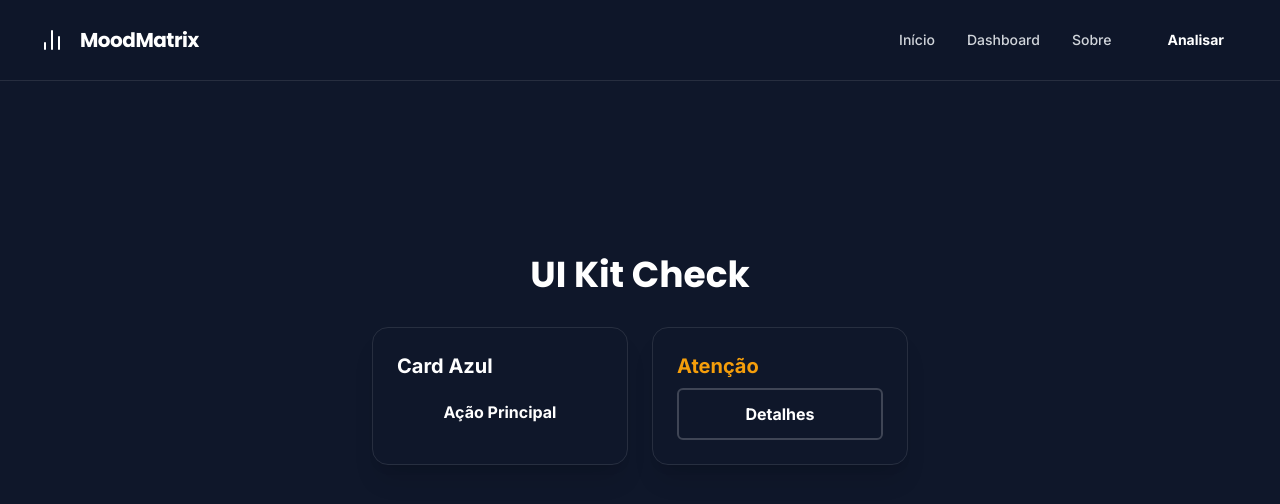
Repository: Hackaton-ONE/hackathon-Frontend
Page: /
The author's editor kept a copy of each file at every save. The page is drawn from the files as they stood at one save, then again after the next save.
The browser window is 1280 px wide. The pictures show the whole page.
The project was rebuilt for these pictures with package versions that can differ from the ones it lists, and the page was loaded fresh each time. The framework's server and built-in components were replaced by stand-ins that run in the browser. Also part of the build but not shown: next.config.ts.

Above is the page before, as saved 2026-01-01 14:42:09.

### app/layout.tsx
import type { Metadata } from "next";
import { Inter, Poppins } from "next/font/google"; // 1. Importar Poppins
import "./globals.css";
import { Navbar } from "@/components/Navbar";

// 2. Configurar Inter
const inter = Inter({
  subsets: ["latin"],
  variable: "--font-inter",
});

// 3. Configurar Poppins (Pesos comuns: 400, 600, 700)
const poppins = Poppins({
  weight: ['400', '600', '700'],
  subsets: ["latin"],
  variable: "--font-poppins",
});

export const metadata: Metadata = {
  title: "MoodMatrix",
  description: "Análise de sentimentos com IA",
};

export default function RootLayout({
  children,
}: Readonly<{

  children: React.ReactNode;
}>) {
  return (
    <html lang="pt-br">
      {/* 4. Adicionar ambas as variáveis no body */}
      <body className={`${inter.variable} ${poppins.variable} bg-mood-dark text-white font-sans antialiased`}>
        <Navbar />
        {children}
      </body>
    </html>
  );
}

### app/page.tsx
import { Button } from "@/components/Button";
import { GlassCard } from "@/components/GlassCard";

export default function Home() {
  return (
    <main className="flex min-h-screen flex-col items-center justify-center p-10 gap-8 bg-mood-dark">

      <h1 className="text-4xl font-poppins font-bold text-white bg-clip-text bg-gradient-to-r from-blue-DEFAULT to-neon-green">
        UI Kit Check
      </h1>

      <div className="grid grid-cols-1 md:grid-cols-2 gap-6">
        {/* Teste Card Azul */}
        <GlassCard gradient="blue" className="p-6 w-64 border-blue-DEFAULT/30">
          <h2 className="text-xl font-bold mb-2">Card Azul</h2>
          <Button variant="primary" className="w-full">Ação Principal</Button>
        </GlassCard>

        {/* Teste Card Laranja (Aviso) */}
        <GlassCard gradient="orange" className="p-6 w-64 border-neon-orange/30">
          <h2 className="text-xl font-bold mb-2 text-neon-orange">Atenção</h2>
          <Button variant="outline" className="w-full">Detalhes</Button>
        </GlassCard>
      </div>

    </main>
  );
}

### app/globals.css
@tailwind base;
@tailwind components;
@tailwind utilities;

/* Define o fundo padrão do site inteiro e a cor do texto */
body {
  background-color: #0F172A; /* mood.dark */
  color: #ffffff;
  min-height: 100vh;
}

/* Utilitário para o efeito de Vidro (Glassmorphism) */
.glass {
  background: rgba(30, 41, 59, 0.4); /* mood.gray com transparência */
  backdrop-filter: blur(12px);
  -webkit-backdrop-filter: blur(12px);
  border: 1px solid rgba(255, 255, 255, 0.1);
}

### components/Navbar.tsx
"use client"; // Importante porque tem interatividade (abrir/fechar menu)

import Link from "next/link";
import { useState } from "react";
import { Menu, X, BarChart2 } from "lucide-react"; // Ícones
import { Button } from "./Button";

export function Navbar() {
  const [isOpen, setIsOpen] = useState(false);

  return (
    <nav className="fixed top-0 w-full z-50 border-b border-white/10 bg-mood-dark/70 backdrop-blur-md">
      <div className="max-w-7xl mx-auto px-4 sm:px-6 lg:px-8">
        <div className="flex items-center justify-between h-20">

          {/* LOGO */}
          <Link href="/" className="flex items-center gap-2 group">
            <div className="p-2 bg-blue-DEFAULT/20 rounded-lg group-hover:bg-blue-DEFAULT/30 transition">
              <BarChart2 className="text-neon-blue w-6 h-6" />
            </div>
            <span className="font-poppins font-bold text-xl tracking-tight text-white">
              Mood<span className="text-neon-blue">Matrix</span>
            </span>
          </Link>

          {/* LINKS (Desktop) */}
          <div className="hidden md:flex items-center gap-8">
            <Link href="/" className="text-gray-300 hover:text-white transition text-sm font-medium">Início</Link>
            <Link href="/dashboard" className="text-gray-300 hover:text-white transition text-sm font-medium">Dashboard</Link>
            <Link href="#sobre" className="text-gray-300 hover:text-white transition text-sm font-medium">Sobre</Link>

            <Link href="/analisar">
              <Button variant="primary" className="px-6 py-2 text-sm">
                Analisar
              </Button>
            </Link>
          </div>

          {/* BOTÃO MOBILE (Hambúrguer) */}
          <div className="md:hidden">
            <button
              onClick={() => setIsOpen(!isOpen)}
              className="text-gray-300 hover:text-white p-2"
            >
              {isOpen ? <X /> : <Menu />}
            </button>
          </div>
        </div>
      </div>

      {/* MENU MOBILE (Expandido) */}
      {isOpen && (
        <div className="md:hidden bg-mood-dark border-b border-white/10 absolute w-full">
          <div className="px-4 pt-2 pb-6 space-y-2 flex flex-col">
            <Link href="/" onClick={() => setIsOpen(false)} className="block px-3 py-2 text-base font-medium text-gray-300 hover:bg-white/5 rounded-md">Início</Link>
            <Link href="/dashboard" onClick={() => setIsOpen(false)} className="block px-3 py-2 text-base font-medium text-gray-300 hover:bg-white/5 rounded-md">Dashboard</Link>
            <Link href="/analisar" onClick={() => setIsOpen(false)} className="mt-4">
              <Button variant="primary" className="w-full justify-center">Começar Análise</Button>
            </Link>
          </div>
        </div>
      )}
    </nav>
  );
}

### components/Button.tsx
import React from "react";

interface ButtonProps extends React.ButtonHTMLAttributes<HTMLButtonElement> {
  variant?: "primary" | "outline" | "ghost";
  children: React.ReactNode;
}

export function Button({ variant = "primary", className = "", children, ...props }: ButtonProps) {

  const baseStyles = "px-6 py-3 rounded-md font-bold transition-all duration-200 flex items-center justify-center gap-2 active:scale-[0.98]";

  const variants = {
    primary: "text-white active:translate-y-1",

    // Outline (Borda simples)
    outline: "bg-transparent border-2 border-white/20 text-white hover:bg-white/5 hover:border-white/40",

    // Ghost (Transparente)
    ghost:   "bg-transparent text-gray-400 hover:text-white hover:bg-white/5",
  };

  return (
    <button
      className={`${baseStyles} ${variants[variant]} ${className}`}
      {...props}
    >
      {children}
    </button>
  );
}

### components/GlassCard.tsx
import React from "react";

interface GlassCardProps {
  children: React.ReactNode;
  className?: string;
  gradient?: "blue" | "green" | "red" | "orange" | "none";
}

export function GlassCard({ children, className = "", gradient = "none" }: GlassCardProps) {

  const gradientBg = {
    none: "bg-white/5", // Base neutra mais sutil
    blue: "bg-card-blue",
    green: "bg-card-green",
    red: "bg-card-red",
    orange: "bg-card-orange",
  };

  return (
    <div className={`relative overflow-hidden rounded-2xl border border-white/10 shadow-xl ${className}`}>
      {/* CAMADA DO VIDRO (Fundo + Blur)
        Fica posicionada absolutamente atrás do conteúdo.
      */}
      <div
        className={`
          absolute inset-0
          backdrop-blur-xl
          ${gradientBg[gradient]}
          -z-10 /* Garante que fique atrás do conteúdo */
        `}
        aria-hidden="true"
      />

      {/* CONTEÚDO (Texto, Botões)
        Fica na frente, sem nenhum blur aplicado diretamente nele.
      */}
      <div className="relative z-10 h-full">
        {children}
      </div>
    </div>
  );
}

### tailwind.config.ts
/** @type {import('tailwindcss').Config} */
const config = {
  // Configuração de onde o Tailwind procura as classes
  content: [
    "./app/**/*.{js,ts,jsx,tsx,mdx}",
    "./pages/**/*.{js,ts,jsx,tsx,mdx}",
    "./components/**/*.{js,ts,jsx,tsx,mdx}",
    "./src/app/**/*.{js,ts,jsx,tsx,mdx}",
    "./src/pages/**/*.{js,ts,jsx,tsx,mdx}",
    "./src/components/**/*.{js,ts,jsx,tsx,mdx}",
  ],
  theme: {
    extend: {
      colors: {
        white: "#FFFFFF",
        mood: {
          dark: "#0F172A", // Fundo Azul Escuro
          nav: "#FFFFFF",  // Base para Navbar
        },
        blue: {
          light: "#60A5FA",   // Azul Claro
          default: "#2563EB", // Azul Padrão
          dark: "#1E3A8A",    // Azul Escuro
        },
        neon: {
          green: "#10B981",
          red: "#B91C1C",
          orange: "#F59E0B",
        },
      },
      fontFamily: {
        sans: ['var(--font-inter)', 'sans-serif'],
        poppins: ['var(--font-poppins)', 'sans-serif'],
      },
      backgroundImage: {
        // Gradientes de Seta e Barra de Progresso
        'gradient-pos': 'linear-gradient(to right, #2563EB, #10B981)',
        'gradient-neg': 'linear-gradient(to right, #B91C1C, #F59E0B)',

        // Gradientes Sutis para os Cards (Glassmorphism)
        'card-blue': 'linear-gradient(180deg, rgba(255, 255, 255, 0) 0%, rgba(96, 165, 250, 0.05) 100%)',
        'card-green': 'linear-gradient(180deg, rgba(255, 255, 255, 0) 0%, rgba(16, 185, 129, 0.05) 100%)',
        'card-red': 'linear-gradient(180deg, rgba(255, 255, 255, 0) 0%, rgba(185, 28, 28, 0.05) 100%)',
        'card-orange': 'linear-gradient(180deg, rgba(255, 255, 255, 0) 0%, rgba(245, 158, 11, 0.05) 100%)', // NOVO
      }
    },
  },
  plugins: [],
};

export default config;

After the next save:
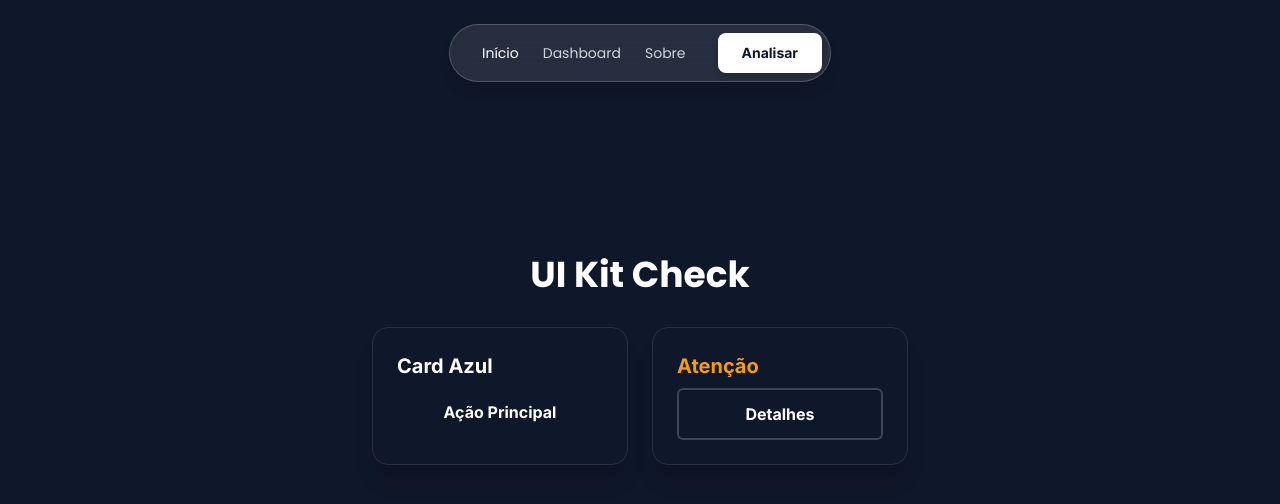
Saved 2 min 9 s later.
--- a/components/Navbar.tsx
+++ b/components/Navbar.tsx
@@ -1,65 +1,64 @@
-"use client"; // Importante porque tem interatividade (abrir/fechar menu)
+"use client";
 
 import Link from "next/link";
-import { useState } from "react";
-import { Menu, X, BarChart2 } from "lucide-react"; // Ícones
-import { Button } from "./Button";
+import { usePathname } from "next/navigation";
 
 export function Navbar() {
-  const [isOpen, setIsOpen] = useState(false);
+  const pathname = usePathname(); // Útil se quiser destacar o link ativo depois
 
   return (
-    <nav className="fixed top-0 w-full z-50 border-b border-white/10 bg-mood-dark/70 backdrop-blur-md">
-      <div className="max-w-7xl mx-auto px-4 sm:px-6 lg:px-8">
-        <div className="flex items-center justify-between h-20">
+    // Container que centraliza a navbar no topo da tela
+    <nav className="fixed top-6 left-1/2 -translate-x-1/2 z-50 w-max">
 
-          {/* LOGO */}
-          <Link href="/" className="flex items-center gap-2 group">
-            <div className="p-2 bg-blue-DEFAULT/20 rounded-lg group-hover:bg-blue-DEFAULT/30 transition">
-              <BarChart2 className="text-neon-blue w-6 h-6" />
-            </div>
-            <span className="font-poppins font-bold text-xl tracking-tight text-white">
-              Mood<span className="text-neon-blue">Matrix</span>
-            </span>
+      {/* A "Pílula" (Floating Navbar) */}
+      <div className="
+        flex items-center gap-8
+        pl-8 pr-2 py-2        /* Espaçamento interno (padding) */
+        rounded-full          /* Formato de pílula */
+        bg-white/10           /* Cor do fundo (10% branco) */
+        backdrop-blur-md      /* Efeito de vidro */
+        border border-white/20 /* Borda sutil (20% branco) */
+        shadow-lg shadow-black/10
+      ">
+
+        {/* Links de Navegação */}
+        <div className="flex items-center gap-6 font-poppins font-medium text-sm">
+          <Link
+            href="/"
+            className="text-white hover:text-blue-light transition-colors"
+          >
+            Início
           </Link>
+          <Link
+            href="/dashboard"
+            className="text-gray-300 hover:text-white transition-colors"
+          >
+            Dashboard
+          </Link>
+          <Link
+            href="#sobre"
+            className="text-gray-300 hover:text-white transition-colors"
+          >
+            Sobre
+          </Link>
+        </div>
 
-          {/* LINKS (Desktop) */}
-          <div className="hidden md:flex items-center gap-8">
-            <Link href="/" className="text-gray-300 hover:text-white transition text-sm font-medium">Início</Link>
-            <Link href="/dashboard" className="text-gray-300 hover:text-white transition text-sm font-medium">Dashboard</Link>
-            <Link href="#sobre" className="text-gray-300 hover:text-white transition text-sm font-medium">Sobre</Link>
+        {/* Botão Analisar (Estilo Branco da Imagem) */}
+        <Link href="/analisar">
+          <button className="
+            bg-white text-mood-dark
+            hover:bg-gray-100 hover:scale-105
+            font-bold text-sm
+            px-6 py-2.5
+            rounded-lg
+            transition-all duration-200
+            shadow-md
+          ">
+            Analisar
+          </button>
+        </Link>
 
-            <Link href="/analisar">
-              <Button variant="primary" className="px-6 py-2 text-sm">
-                Analisar
-              </Button>
-            </Link>
-          </div>
-
-          {/* BOTÃO MOBILE (Hambúrguer) */}
-          <div className="md:hidden">
-            <button
-              onClick={() => setIsOpen(!isOpen)}
-              className="text-gray-300 hover:text-white p-2"
-            >
-              {isOpen ? <X /> : <Menu />}
-            </button>
-          </div>
-        </div>
       </div>
-
-      {/* MENU MOBILE (Expandido) */}
-      {isOpen && (
-        <div className="md:hidden bg-mood-dark border-b border-white/10 absolute w-full">
-          <div className="px-4 pt-2 pb-6 space-y-2 flex flex-col">
-            <Link href="/" onClick={() => setIsOpen(false)} className="block px-3 py-2 text-base font-medium text-gray-300 hover:bg-white/5 rounded-md">Início</Link>
-            <Link href="/dashboard" onClick={() => setIsOpen(false)} className="block px-3 py-2 text-base font-medium text-gray-300 hover:bg-white/5 rounded-md">Dashboard</Link>
-            <Link href="/analisar" onClick={() => setIsOpen(false)} className="mt-4">
-              <Button variant="primary" className="w-full justify-center">Começar Análise</Button>
-            </Link>
-          </div>
-        </div>
-      )}
     </nav>
   );
 }
